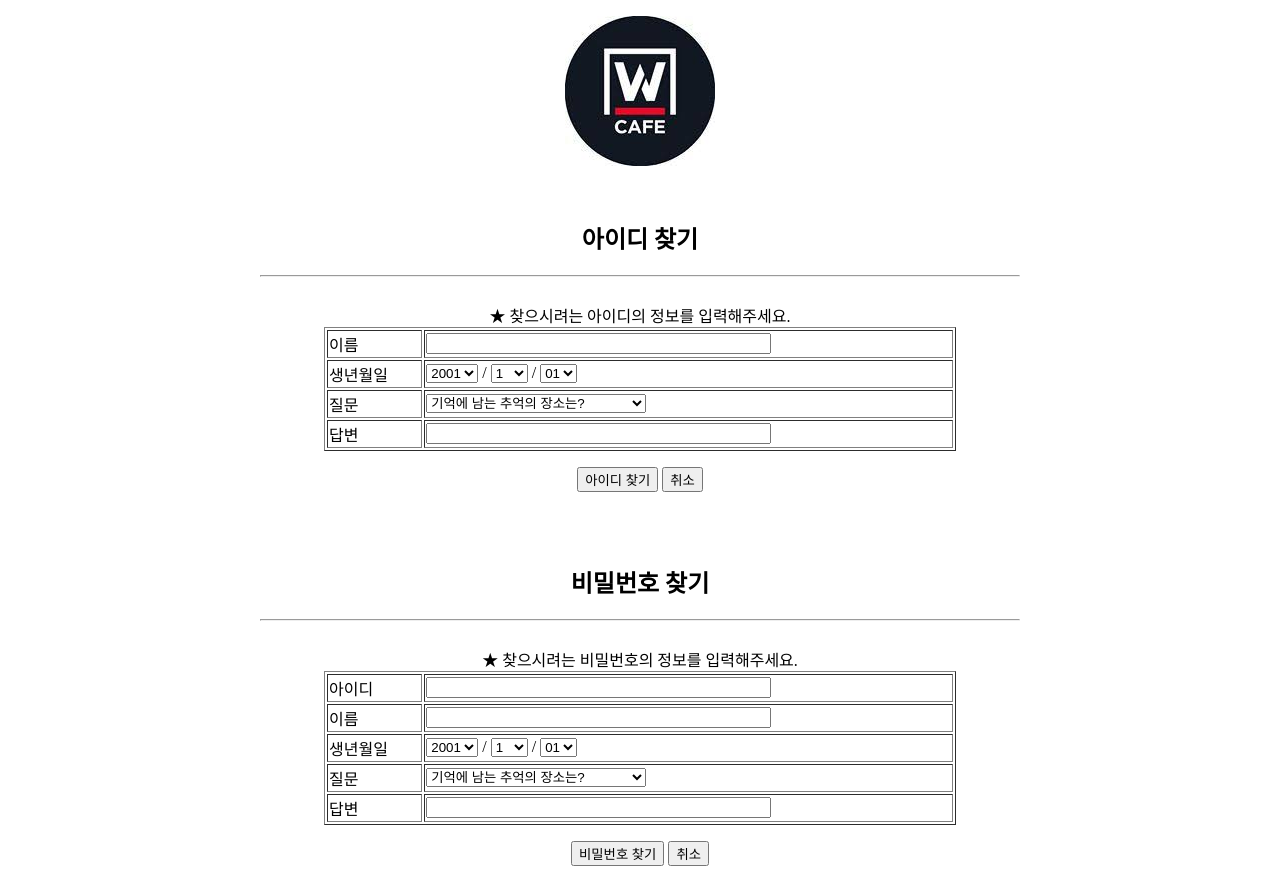
Repository: Leewonhoo/kostaweb
Page: http://localhost/FirstProject/search.jsp
These files come from the project's save history. The page is drawn as it stood at one moment and after the next save; the edit follows.
The browser window is 1280 px wide. The pictures show the whole page.
The page is served by Tomcat 9. Other server files are loaded and not shown.

Above is the page before, as saved 2017-09-14 06:40:05.

### FirstProject/WebContent/search.jsp

<%@ page language="java" contentType="text/html; charset=UTF-8"
    pageEncoding="UTF-8"%>
<!DOCTYPE html PUBLIC "-//W3C//DTD HTML 4.01 Transitional//EN" "http://www.w3.org/TR/html4/loose.dtd">
<html>
<head>
<meta http-equiv="Content-Type" content="text/html; charset=UTF-8">
<title>Insert title here</title>
</head>
<body>
	<p align="center"><img alt="로고" src="images/Logo.jpg" align="middle"></p>

	<br>

	<!-- 아이디 UI -->
	<h2 align="center">아이디 찾기</h2>
	<hr align="center" width="60%"><br>

	<form name="idsearch">
		<table border="1" width="50%" align="center">
			<caption>★ 찾으시려는 아이디의 정보를 입력해주세요.</caption>
			<tr>
				<td><span>이름</span></td>
				<td><input type="text" size="40">
				</td>
			</tr>
			<tr>
				<td><span>생년월일</span></td>
				<td>
					<select name="year">
					<option>2001</option>
					<option>2000</option>
					<option>1999</option>
					<option>1998</option>
					<option>1997</option>
					<option>1996</option>
					<option>1995</option>
					<option>1994</option>
					<option>1993</option>
					<option>1992</option>
					<option>1991</option>
					<option>1990</option>
					<option>1989</option>
					<option>1988</option>
					<option>1987</option>
					<option>1986</option>
					<option>1985</option>
					<option>1984</option>
					<option>1983</option>
					<option>1982</option>
					<option>1981</option>
					<option>1980</option>
					<option>1979</option>
					<option>1978</option>
					<option>1977</option>
					<option>1976</option>
					<option>1975</option>
					<option>1974</option>
					<option>1973</option>
					<option>1972</option>
					<option>1971</option>
					<option>1970</option>
				</select>
			 / <select name="month">
					<option>1</option>
					<option>2</option>
					<option>3</option>
					<option>4</option>
					<option>5</option>
					<option>6</option>
					<option>7</option>
					<option>8</option>
					<option>9</option>
					<option>10</option>
					<option>11</option>
					<option>12</option>
				</select>
			 / <select name="day">
					<option>01</option>
					<option>02</option>
					<option>03</option>
					<option>04</option>
					<option>05</option>
					<option>06</option>
					<option>07</option>
					<option>08</option>
					<option>09</option>
					<option>10</option>
					<option>11</option>
					<option>12</option>
					<option>13</option>
					<option>14</option>
					<option>15</option>
					<option>16</option>
					<option>17</option>
					<option>18</option>
					<option>19</option>
					<option>20</option>
					<option>21</option>
					<option>22</option>
					<option>23</option>
					<option>24</option>
					<option>25</option>
					<option>26</option>
					<option>27</option>
					<option>28</option>
					<option>29</option>
					<option>30</option>
					<option>31</option>
				</select>
				</td>
			</tr>
			<tr>
				<td><span>질문</span></td>
				<td>
					<select name="confirmQuestion">
						<option value="1">기억에 남는 추억의 장소는?</option>
						<option value="2">존경하는 인물은?</option>
						<option value="3">좋아하는 물건은?</option>
						<option value="4">좋아하는 글귀는?</option>
						<option value="5">하고싶지 않은일 할 때 하는 표정은?</option>
					</select>
				</td>
			</tr>
			<tr>
				<td><span>답변</span></td>
				<td><input type="text" size="40">
				</td>
			</tr>
		</table>
		<p align="center">
			<input type="button" value="아이디 찾기">
			<span></span>
			<input type="button" value="취소">
		</p>
	</form>

	<br><br>

	<!-- 비밀번호 UI -->
	<h2 align="center">비밀번호 찾기</h2>
	<hr align="center" width="60%"><br>

	<form name="pwsearch">
		<table border="1" width="50%" align="center">
			<caption>★ 찾으시려는 비밀번호의 정보를 입력해주세요.</caption>
			<tr>
				<td><span>아이디</span></td>
				<td><input type="text" size="40">
				</td>
			</tr>
			<tr>
				<td><span>이름</span></td>
				<td><input type="text" size="40">
				</td>
			</tr>
			<tr>
				<td><span>생년월일</span></td>
				<td>
					<select name="year">
					<option>2001</option>
					<option>2000</option>
					<option>1999</option>
					<option>1998</option>
					<option>1997</option>
					<option>1996</option>
					<option>1995</option>
					<option>1994</option>
					<option>1993</option>
					<option>1992</option>
					<option>1991</option>
					<option>1990</option>
					<option>1989</option>
					<option>1988</option>
					<option>1987</option>
					<option>1986</option>
					<option>1985</option>
					<option>1984</option>
					<option>1983</option>
					<option>1982</option>
					<option>1981</option>
					<option>1980</option>
					<option>1979</option>
					<option>1978</option>
					<option>1977</option>
					<option>1976</option>
					<option>1975</option>
					<option>1974</option>
					<option>1973</option>
					<option>1972</option>
					<option>1971</option>
					<option>1970</option>
				</select>
			 / <select name="month">
					<option>1</option>
					<option>2</option>
					<option>3</option>
					<option>4</option>
					<option>5</option>
					<option>6</option>
					<option>7</option>
					<option>8</option>
					<option>9</option>
					<option>10</option>
					<option>11</option>
					<option>12</option>
				</select>
			 / <select name="day">
					<option>01</option>
					<option>02</option>
					<option>03</option>
					<option>04</option>
					<option>05</option>
					<option>06</option>
					<option>07</option>
					<option>08</option>
					<option>09</option>
					<option>10</option>
					<option>11</option>
					<option>12</option>
					<option>13</option>
					<option>14</option>
					<option>15</option>
					<option>16</option>
					<option>17</option>
					<option>18</option>
					<option>19</option>
					<option>20</option>
					<option>21</option>
					<option>22</option>
					<option>23</option>
					<option>24</option>
					<option>25</option>
					<option>26</option>
					<option>27</option>
					<option>28</option>
					<option>29</option>
					<option>30</option>
					<option>31</option>
				</select>
				</td>
			</tr>
			<tr>
				<td><span>질문</span></td>
				<td>
					<select name="confirmQuestion">
						<option value="1">기억에 남는 추억의 장소는?</option>
						<option value="2">존경하는 인물은?</option>
						<option value="3">좋아하는 물건은?</option>
						<option value="4">좋아하는 글귀는?</option>
						<option value="5">하고싶지 않은일 할 때 하는 표정은?</option>
					</select>
				</td>
			</tr>
			<tr>
				<td><span>답변</span></td>
				<td><input type="text" size="40">
				</td>
			</tr>
		</table>
		<p align="center">
			<input type="button" value="비밀번호 찾기">
			<span></span>
			<input type="button" value="취소">
		</p>
	</form>
</body>
</html>

After the next save:
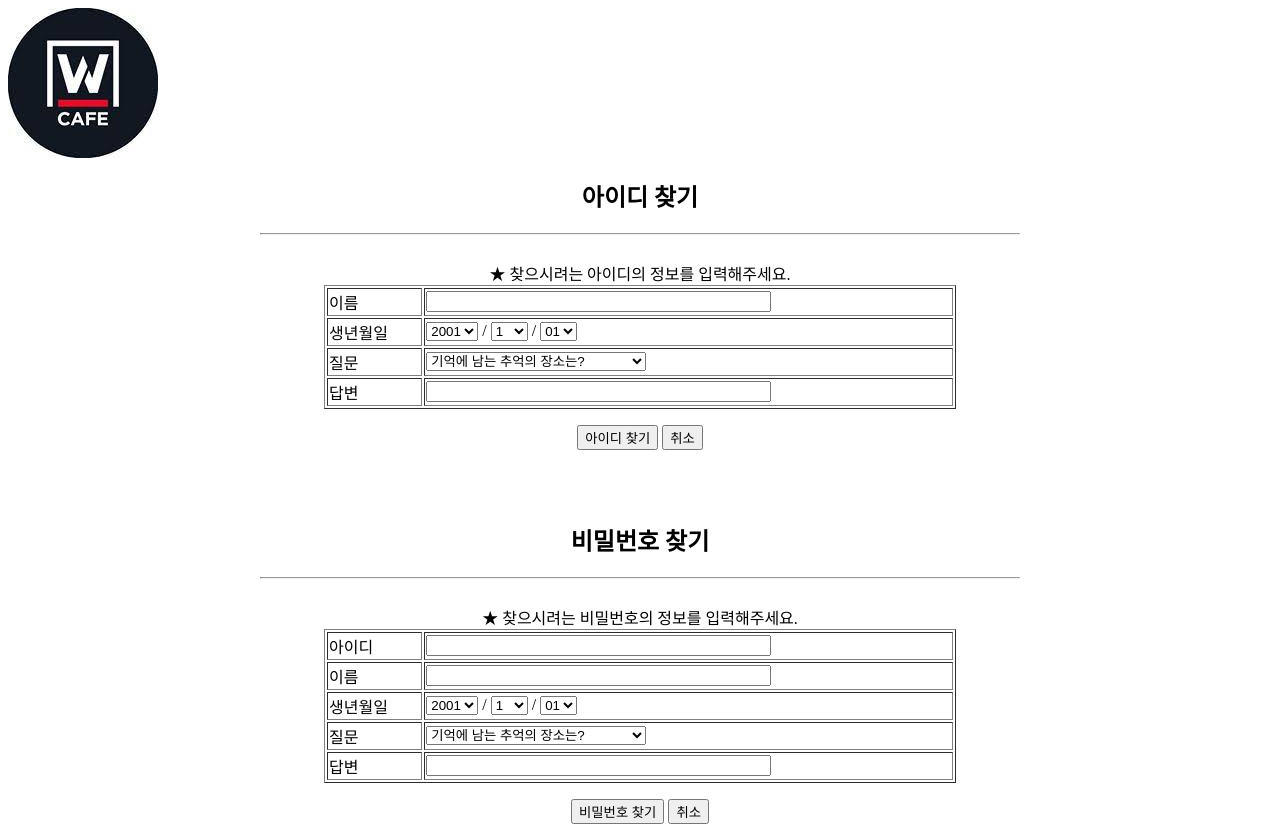
Saved 2 min 17 s later.
--- a/FirstProject/WebContent/search.jsp
+++ b/FirstProject/WebContent/search.jsp
@@ -5,10 +5,17 @@
 <html>
 <head>
 <meta http-equiv="Content-Type" content="text/html; charset=UTF-8">
-<title>Insert title here</title>
+<title>ID/PW search</title>
+
+<script type="text/javascript">
+function home(){
+	//index.jsp
+}
+</script>
+
 </head>
 <body>
-	<p align="center"><img alt="로고" src="images/Logo.jpg" align="middle"></p>
+	<a href="index.jsp" align="center"><img alt="로고" src="images/Logo.jpg" align="middle"></a>
 
 	<br>
 

After the save that followed:
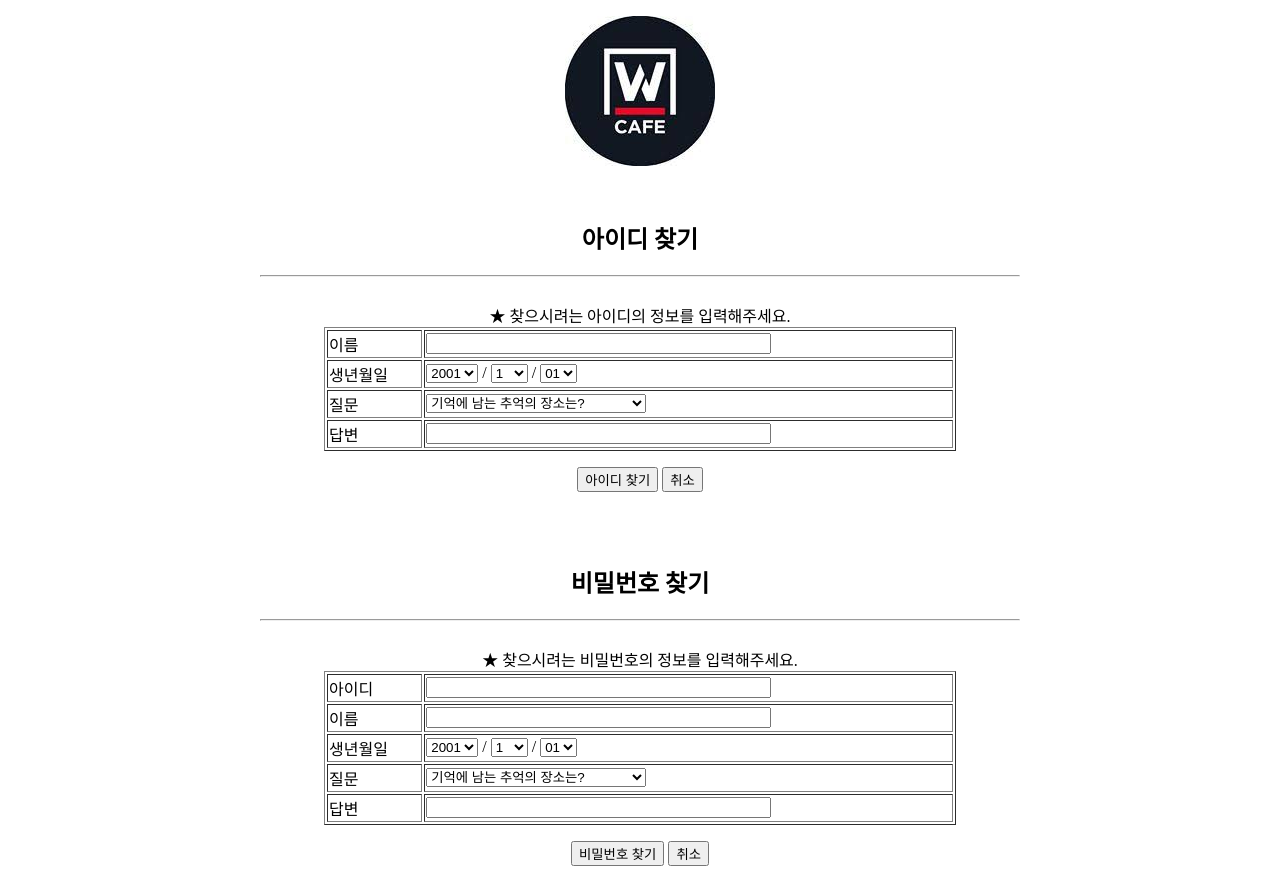
Saved 39 s later.
--- a/FirstProject/WebContent/search.jsp
+++ b/FirstProject/WebContent/search.jsp
@@ -15,7 +15,7 @@
 
 </head>
 <body>
-	<a href="index.jsp" align="center"><img alt="로고" src="images/Logo.jpg" align="middle"></a>
+	<p align="center"<a href="index.jsp"><img alt="로고" src="images/Logo.jpg" align="middle"></a></p>
 
 	<br>
 
